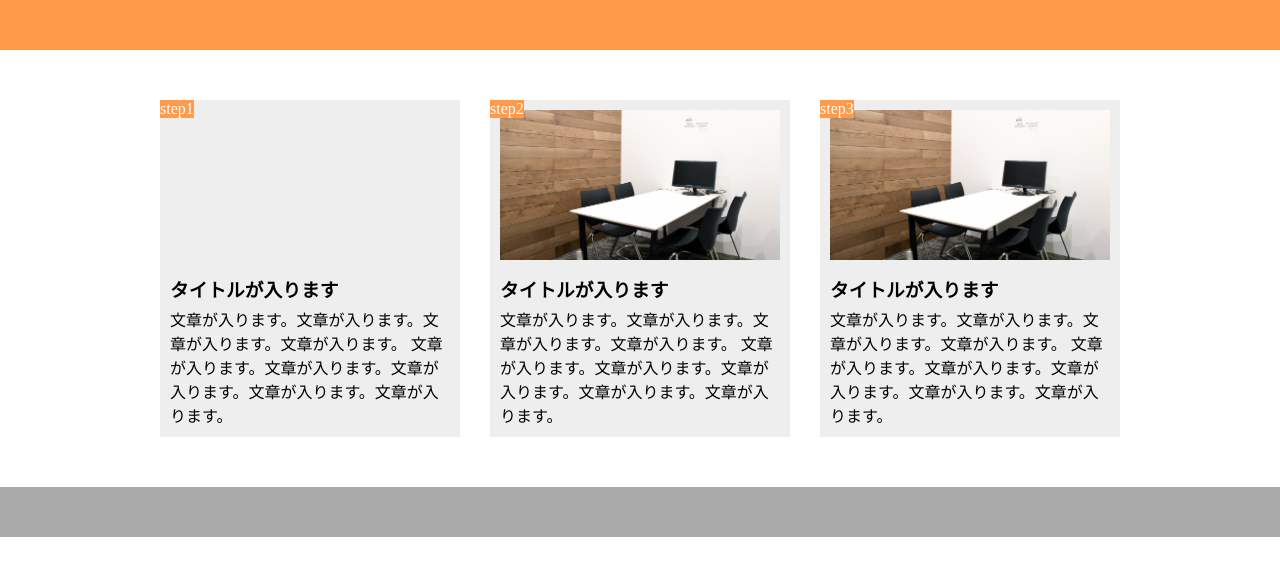
Repository: ryo32sun/Html-Practice
Page: practice/chapter9.html
The author's editor kept a record of every edit. The page is drawn from the files as they stood at one moment, then again after the next edit.
The browser window is 1280 px wide. The pictures show the whole page.

Above is the page before.

### practice/chapter9.html
<!DOCTYPE html>
<html lang="ja">
  <head>
  <meta charset="UTF-8">
  <link rel="stylesheet" href="chapter9.css">
  <title>
    Chapter9
  </title>
  </head>

  <header></header>

  <main>
    <div class="main-box">
      <div class="photo phot-1"></div>
      <div class="title">
        <h3>タイトルが入ります</h3>
      </div>
      <div class="text">
        <p>文章が入ります。文章が入ります。文章が入ります。文章が入ります。
        文章が入ります。文章が入ります。文章が入ります。文章が入ります。文章が入ります。</p>
      </div>
      <div class="step">
      <p>step1</p>
      </div>
    </div>

    <div class="main-box">
      <div class="photo photo-2"></div>
      <div class="title">
        <h3>タイトルが入ります</h3>
      </div>
      <div class="text">
        <p>文章が入ります。文章が入ります。文章が入ります。文章が入ります。
        文章が入ります。文章が入ります。文章が入ります。文章が入ります。文章が入ります。</p>
      </div>
      <div class="step">
        <p>step2</p>
      </div>
    </div>

        <div class="main-box">
      <div class="photo photo-2"></div>
      <div class="title">
        <h3>タイトルが入ります</h3>
      </div>
      <div class="text">
        <p>文章が入ります。文章が入ります。文章が入ります。文章が入ります。
        文章が入ります。文章が入ります。文章が入ります。文章が入ります。文章が入ります。</p>
      </div>
      <div class="step">
        <p>step3</p>
      </div>
    </div>


  </main>

  <footer></footer>

</html>

### practice/chapter9.css
* {
  padding:0;
  margin:0;
  box-sizing: border-box;
}

header {
  height: 50px;
  width: 100%;
  background-color:#ff9a4b;
}

main {
  margin: 50px auto;
  width: 960px;
  display: flex;
}

.main-box {
  width:300px;
  background-color: #eee;
  position: relative;
  padding:10px;
}

.main-box:nth-child(2) {
  margin: 0 30px;
}

.step {
  position: absolute;
  top:0;
  left:0;
  background-color:#ff9a4b;
  color: #fff;
}

.photo {
  background-size: cover;
  /*画像のポジション間違い　誤:center*/
  background-position: bottom;
  height: 150px;
}

.photo-1 {
  background-image: url(img9/flow01.png);
}

.photo-2 {
  background-image: url(img9/flow02.png);
}

.photo-3 {
  background-image: url(img9/flow03.png);
}

.title {
  margin: 15px 0 5px 0;
}


footer {
  width:100%;
  height: 50px;
  background-color:#aaa;
}

@media screen and (max-width:768px) {

  main {
    width: 100%;
    display: block;
  }

  .main-box {
    width: 90%;
    margin-left: 5%;
  }

  .main-box:nth-child(2) {
    margin: 20px 0 20px 5%;
  }

  h3 {
    font-size: 15px;
  }

  p {
    font-size: 12px;
  }
}

After the next edit:
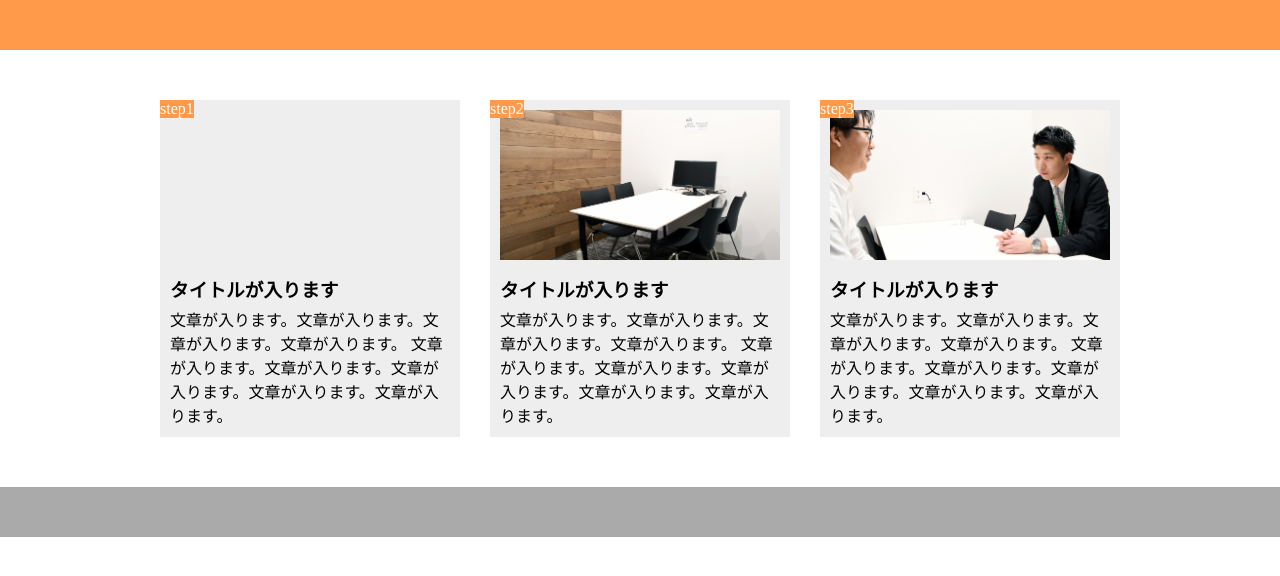
The edit:
--- a/practice/chapter9.html
+++ b/practice/chapter9.html
@@ -40,7 +40,7 @@
     </div>
 
         <div class="main-box">
-      <div class="photo photo-2"></div>
+      <div class="photo photo-3"></div>
       <div class="title">
         <h3>タイトルが入ります</h3>
       </div>
